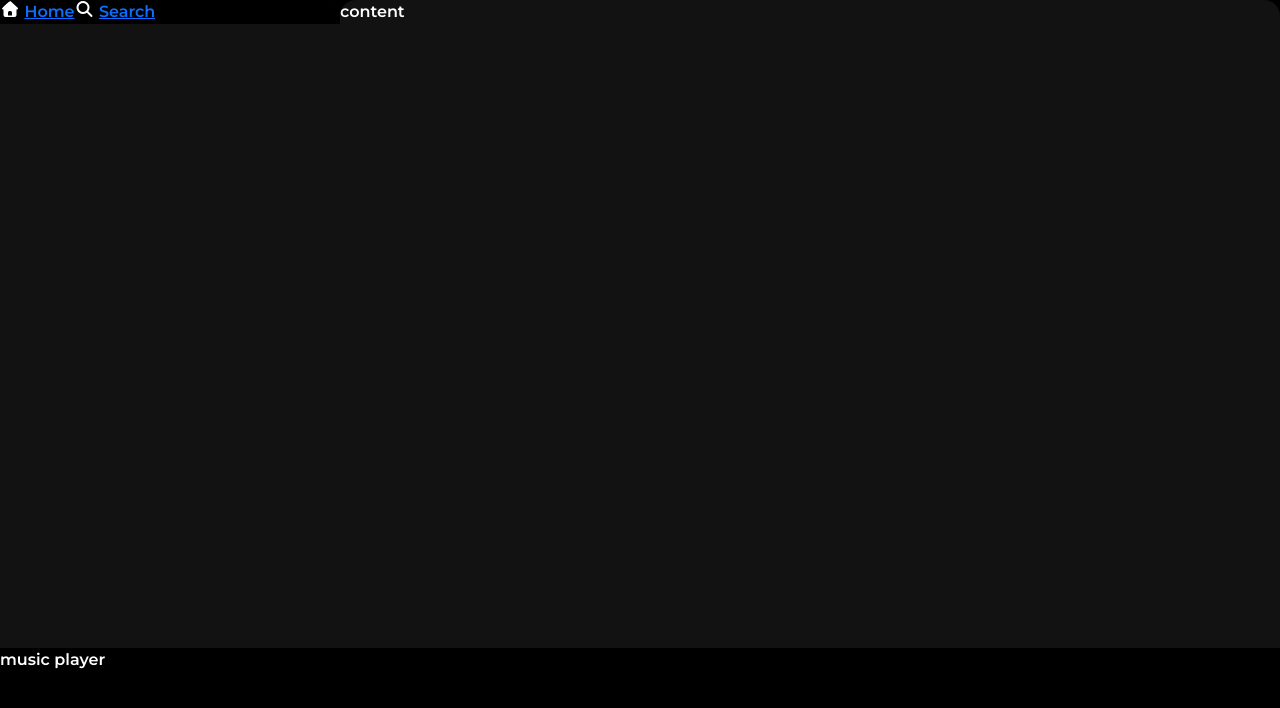
Repository: ketanBisht/spotifyFrontEnd
Page: index.html
An editor plug-in stored every save of this project. The page is shown before and after the next save, followed by the edit.
The browser window is 1280 px wide. The pictures show the whole page.
Some web fonts or font styles are not loaded; a fallback is used. Some web libraries are served in a nearby version.

Above is the page before, as saved 2025-08-17 20:50:47.

After the next save:
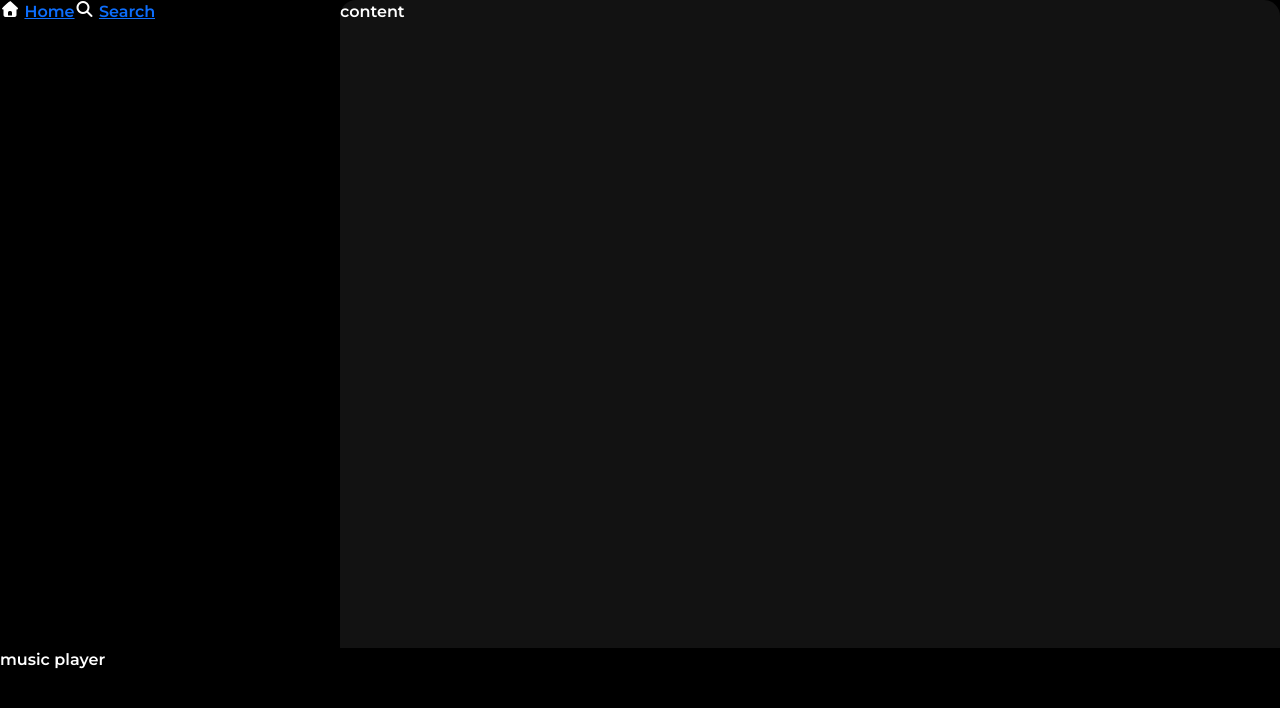
Saved 20 s later.
--- a/style.css
+++ b/style.css
@@ -20,7 +20,6 @@
     -moz-border-radius: 1rem;
     -ms-border-radius: 1rem;
     -o-border-radius: 1rem;
-    background-color: #121212;
 }
 
 .mainContent{
